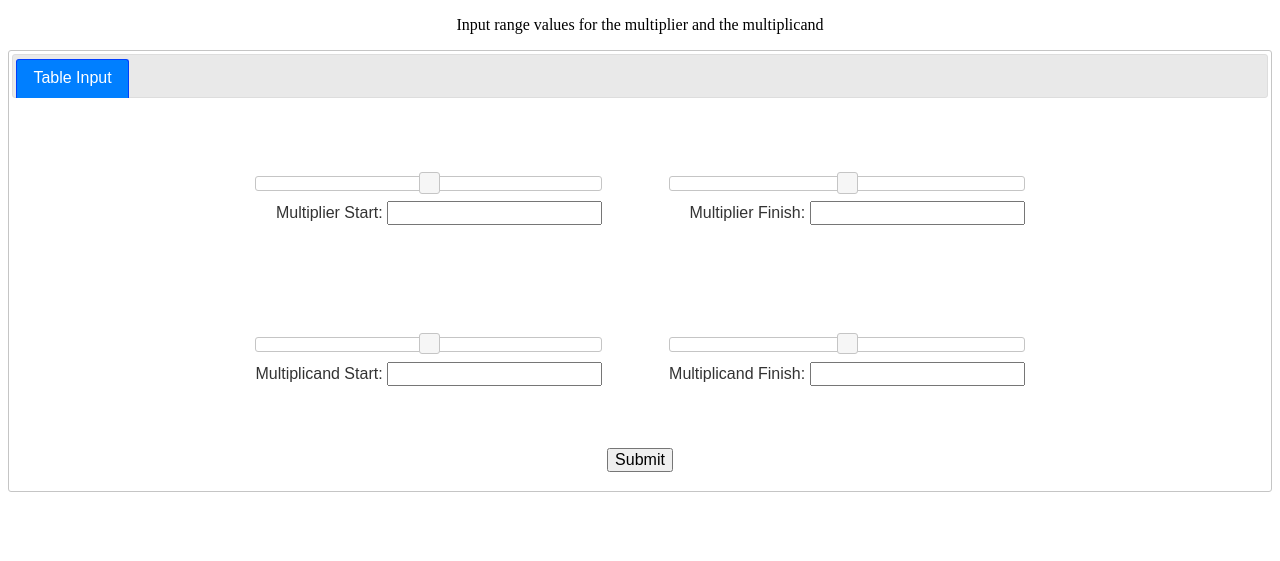
Repository: khrasna/HW4Part2
Page: index.html
An editor plug-in stored every save of this project. The page is shown before and after the next save, followed by the edit.
The browser window is 1280 px wide. The pictures show the whole page.
Some web libraries are served in a nearby version.

Above is the page before, as saved 2021-11-15 16:32:29.

### index.html
<!-- HTML file for Assignment 3
By Karsten Hrasna  email Karsten_Hrasna@student.uml.edu-->
<!DOCTYPE html>
<html>

<head>
    <title>Multiplication Table</title>
    <link rel="stylesheet" href="style.css">
    <script type="text/javascript" src="https://ajax.googleapis.com/ajax/libs/jquery/3.5.1/jquery.min.js"></script>
    <script type="text/javascript" src="dist/jquery.validate.min.js"></script>
    <script type="text/javascript" src="formvalidate.js"></script>
    <script type="text/javascript"
        src="https://ajax.googleapis.com/ajax/libs/jqueryui/1.11.4/jquery-ui.min.js"></script>
    <link rel="stylesheet" href="https://ajax.googleapis.com/ajax/libs/jqueryui/1.11.4/themes/smoothness/jquery-ui.css">
</head>

<body>
    <p>Input range values for the multiplier and the multiplicand</p>
    <div id="tabs">
        <ul>
            <li><a href='#tab1'>Table Input</a></li>
        </ul>
        <div id="tab1">
            <!-- Learned from W3schools. Creates a form which takes number ranges for multiplier and multiplicand. -->


            <form id="FormInput" action="javascript:void(0);" method="get">
                <!--Learned about javascript:void(0) from Dutchie432 at https://stackoverflow.com/questions/1818249/form-with-no-action-and-where-enter-does-not-reload-page-->
                <table>
                    <tr>

                        <td class="pad">
                            <div id="slider-1"></div>
                            Multiplier Start: <input input="text" name="MultiplierStart">
                        </td>

                        <td>
                            <div id="slider-2"></div>
                            Multiplier Finish: <input type="text" name="MultiplierFinish">
                        </td>
                    </tr>
                    <tr>
                        <td class="pad">
                            <div id="slider-3"></div>
                            Multiplicand Start: <input type="text" name="MultiplicandStart">
                        </td>

                        <td>
                            <div id="slider-4"></div>
                            Multiplicand Finish: <input type="text" name="MultiplicandFinish">
                        </td>
                    </tr>
                </table>
                <input type="submit" value="Submit">
                <!--goes directly under form and processes the input to create a mult table-->
            </form>
        </div>
    </div>


</body>

</html>

### style.css
/*Created by Karsten Hrasna. email: Karsten_Hrasna@student.uml.edu*/
html,
body {
    height: 97%;
    text-align: center;
}

#slider-1,
#slider-2,
#slider-3,
#slider-4 {
    margin-bottom: 10px;
    margin-top: 10px;
}

div#tab1 {
    display: grid;
    grid-template-columns: 100%;
    /* top row of grid holds the form for input, the rest of page holds the multiplication table*/
    grid-template-rows: auto;
    height: 97%;

}

#multTable {
    margin: auto;
    border-collapse: separate;
    border-spacing: 0;
    /*the dynamically sized multiplication table */
    margin-top: 0px;
    border-bottom: 0px;

}

input[type=submit] {
    /* submit button under form spaced here */
    margin-top: 10px;
    margin-bottom: 0px;
}

#multTable td,
th {
    border: solid;
    border-color: black;
    min-width: 70px;
    font-size: 30px;
    height: 70px;
}


#multTable th {
    position: sticky;
    top: 0px;
    border-right: solid;
    border-right-color: white;
    border-bottom: solid;
    border-bottom-color: white;
    background-color: black;
    color: white;

}

#multTable th:first-child {
    position: sticky;
    top: 70px;
    left: 0;
}


.sticky {
    position: fixed;
    top: 0px;
    /* get the headers to stay fixed on mult table */
    width: 100%;
}

#multTable tr:first-child th:first-child {
    border: none;
    background-color: white;
}

#multTable p.inputError {
    margin: 0px;
}

form {
    grid-row: 1;
    margin-bottom: 0px;
}

table {
    margin-left: auto;
    margin-right: auto;
}

form td {
    text-align: right;
    justify-content: right;
    padding: 50px;

    /*line up the input form textboxes*/
}

form p {
    margin: 0px;
}

td.pad {
    padding-right: 15px;
}

### formvalidate.js
$(function () {
    $("#tabs").tabs();

    $("#slider-1").slider({
        min: -50,                       //initialize the four sliders to set the values of their respective input boxes
        max: 50,
        slide: function (event, ui) {
            $('input[name="MultiplierStart"]').val(ui.value);
        }
    });
    $("#slider-2").slider({
        min: -50,
        max: 50,
        slide: function (event, ui) {
            $('input[name="MultiplierFinish"]').val(ui.value);
        }
    });
    $("#slider-3").slider({
        min: -50,
        max: 50,
        slide: function (event, ui) {
            $('input[name="MultiplicandStart"]').val(ui.value);
        }
    });
    $("#slider-4").slider({
        min: -50,
        max: 50,
        slide: function (event, ui) {
            $('input[name="MultiplicandFinish"]').val(ui.value);
        }
    });

    $('input[name="MultiplierStart"]').on('keyup', function () { //if the input boxes values are changed, set the slider to that value
        $("#slider-1").slider("option", "value", $('input[name="MultiplierStart"]').val());
    });

    $('input[name="MultiplierFinish"]').on('keyup', function () {
        $("#slider-2").slider("option", "value", $('input[name="MultiplierFinish"]').val());
    });

    $('input[name="MultiplicandStart"]').on('keyup', function () {
        $("#slider-3").slider("option", "value", $('input[name="MultiplicandStart"]').val());
    });

    $('input[name="MultiplicandFinish"]').on('keyup', function () {
        $("#slider-4").slider("option", "value", $('input[name="MultiplicandFinish"]').val());
    });


    $.validator.addMethod("less", function (value, element, params) {
        if (params[0].value == "") {
            return true; // dont want it to say that the start has to be greater than finish if no finish given. instead it will say to give finish value in other error
        } else {
            return this.optional(element) || +value <= +params[0].value;

        } //checks to make sure that the starts are less than the finishes, learned from
    });                                                           // https://jqueryvalidation.org/jQuery.validator.addMethod/

    var valid = $('input[value="Submit"]').on("click", function () {

        $("#FormInput").validate({
            onkeyup: false,     //this makes it so the validator doesnt update the error messages whenever new input is typed. only validates when submit is hit.
            onfocusout: false,  //learned about onkeyup, and onfocusout at https://www.sitepoint.com/jquery-validation-validate-form-submit/
            rules: {
                MultiplierStart: {
                    digits: true,
                    less: $('input[name="MultiplierFinish"]'),
                    required: true,
                    range: [-50, 50]
                },
                MultiplierFinish: {
                    required: true,
                    digits: true,
                    range: [-50, 50]
                },

                MultiplicandStart: {
                    digits: true,
                    less: $('input[name="MultiplicandFinish"]'),
                    required: true,
                    range: [-50, 50]
                },

                MultiplicandFinish: {
                    digits: true,
                    required: true,
                    range: [-50, 50]
                }
            },

            messages: {
                MultiplierStart: {
                    digits: "Multiplier Start must be a digit",
                    required: "Multiplier Start must be a digit between -50 and 50",
                    range: "The range of Multiplier Start must stay within -50 and 50",
                    less: "The value of Multiplier Start must be less than or equal to Multiplier Finish."
                },

                MultiplierFinish: {
                    digits: "Multiplier Finish must be a digit",
                    required: "Multiplier Finish must be a digit between -50 and 50",
                    range: "The range of Multiplier Finish must stay within -50 and 50",
                },

                MultiplicandStart: {
                    digits: "Multiplicand Start must be a digit",
                    required: "Multiplicand Start must be a digit between -50 and 50",
                    range: "The range of Multiplicand Start must stay within -50 and 50",
                    less: "The value of Multiplicand Start must be less than or equal to Multiplicand Finish."
                },

                MultiplicandFinish: {
                    digits: "Multiplicand Finish must be a digit",
                    required: "Multiplicand Finish must be a digit between -50 and 50",
                    range: "The range of Multiplicand Finish must stay within -50 and 50",
                }
            },

            errorPlacement: function (error, element) {
                $(error).appendTo($(('#FormInput')));
            },
            errorElement: "p"

        });

        if ($("#FormInput").valid()) {
            process();
        }

    });

});

function process() {
    var multStart = $('input[name="MultiplierStart"]').val();
    var multFinish = $('input[name="MultiplierFinish"]').val();
    var multiplicandStart = $('input[name="MultiplicandStart"]').val();
    var multiplicandFinish = $('input[name="MultiplicandFinish"]').val();

     //clear old table and create a table with size based on input given
    const rowVals = [];
    const colVals = []; //these will hold the values of the multiplier and multiplicand
    var rows = multFinish - multStart;
    var cols = multiplicandFinish - multiplicandStart;
    var tabs = $("#tabs ul li").length + 1; //number of tabs, learned from https://stackoverflow.com/questions/14702631/in-jquery-ui-1-9-how-do-you-create-new-tabs-dynamically
    for (var i = 0; i <= cols; i++) {
        colVals[i] = (+multiplicandStart + +i); //save the values of the numbers being multiplied
    }
    for (var i = 0; i <= rows; i++) {
        rowVals[i] = (+multStart + +i);
    }
    var table = createTable(rows, cols, rowVals, colVals); //create table based on total rows and cols, and top and left are the sets of multipliers and multiplicands
    table.id = "multTable";
    //adds list item to tab list with parameters as title
    $("#tabs ul").append("<li><a href='#tab" + tabs + "'>" + multStart + " " + multFinish + " " + multiplicandStart + " " + multiplicandFinish + "</a></li>");
    $("#tabs").append("<div id='tab" + tabs + "'></div>");
    $("#tab" + tabs).append(table);
    $("#tabs").tabs("refresh");

}

function createTable(rows, cols, rowVals, colVals) {
    var t = document.createElement('table');
    for (var x = 0; x <= rows + 1; x++) { // rows and cols + 1 to indicate ranges of numbers
        var r = document.createElement('tr');
        t.appendChild(r);
        for (var y = 0; y <= cols + 1; y++) {   //creates the cols of the table row by row
            if (y == 0) {
                var c = document.createElement('th'); //create and insert element based on position in table
                c.id = "topHeader";
                if (x != 0) {
                    c.innerHTML = rowVals[x - 1]; // - 1 because it is moved over 1 to the right
                }
            } else if (x == 0) {
                var c = document.createElement('th');
                if (y != 0) {
                    c.innerHTML = colVals[y - 1];
                }
            } else {
                var c = document.createElement('td');
                c.innerHTML = rowVals[x - 1] * colVals[y - 1];
                if (((y % 2) + (x % 2)) == 0 || ((y % 2) + (x % 2)) == 2) { // checker board effect
                    c.style.backgroundColor = "gray";
                }
            }
            r.appendChild(c);
        }
    }
    return t;
}

Loaded but not shown: dist/jquery.validate.min.js (library)

After the next save:
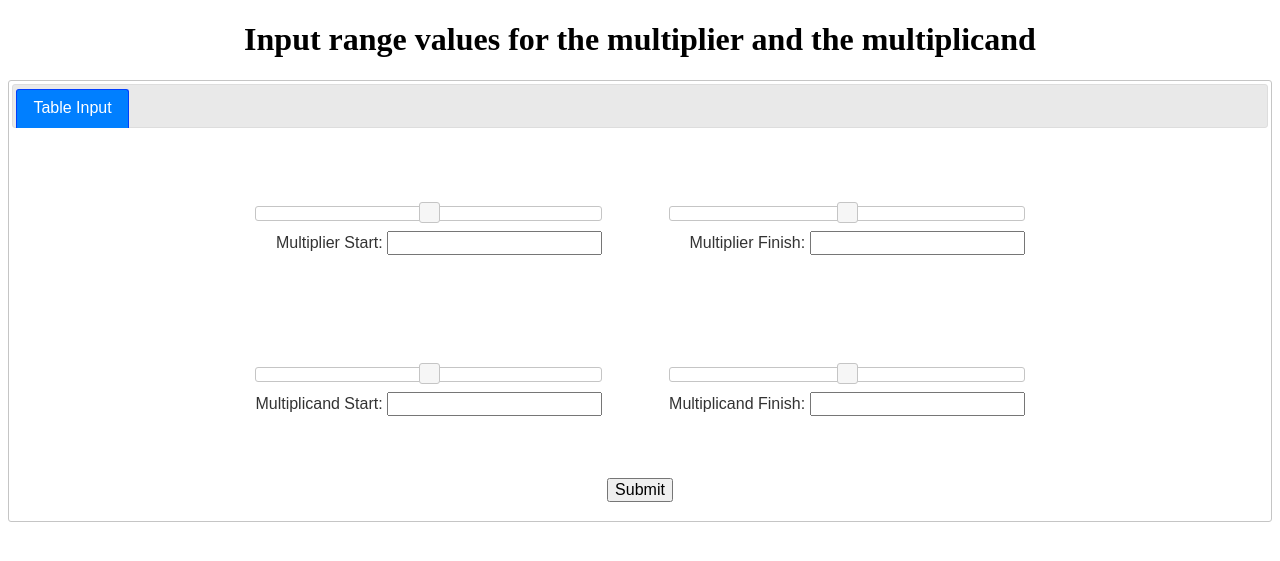
Saved 96 s later.
--- a/index.html
+++ b/index.html
@@ -15,7 +15,7 @@ By Karsten Hrasna  email Karsten_Hrasna@student.uml.edu-->
 </head>
 
 <body>
-    <p>Input range values for the multiplier and the multiplicand</p>
+    <h1>Input range values for the multiplier and the multiplicand</h1>
     <div id="tabs">
         <ul>
             <li><a href='#tab1'>Table Input</a></li>
